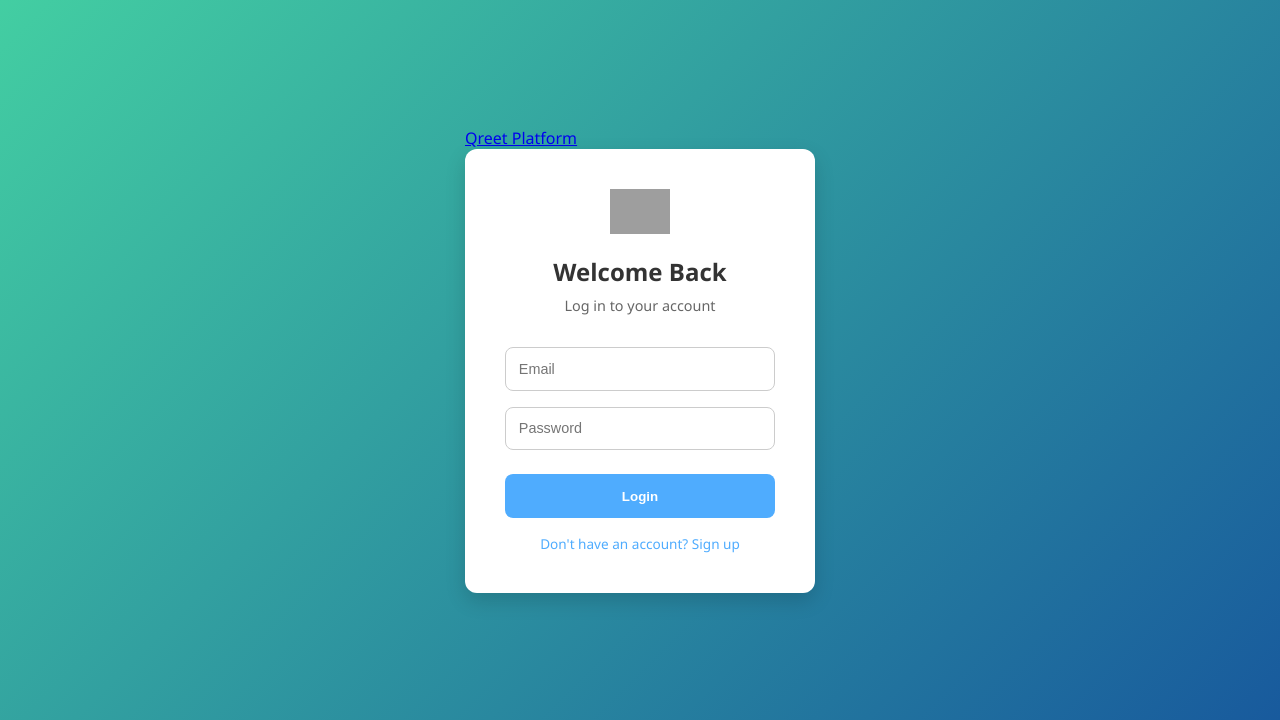
Repository: Ndegwa2/Soluschool
Page: /auth/login (app in frontend/)
The author's editor kept a copy of each file at every save. The page is drawn from the files as they stood at one save, then again after the next save.
The browser window is 1280 px wide. The pictures show the whole page.
Pictures or frames that could not be fetched are drawn as grey boxes. The project was rebuilt for these pictures with package versions that can differ from the ones it lists, and the page was loaded fresh each time. The framework's server and built-in components were replaced by stand-ins that run in the browser. Also part of the build but not shown: frontend/next.config.mjs. Imported but missing from the stored project, and not drawn on this page: frontend/lib/config.

Above is the page before, as saved 2025-10-04 22:30:57.

After the next save:
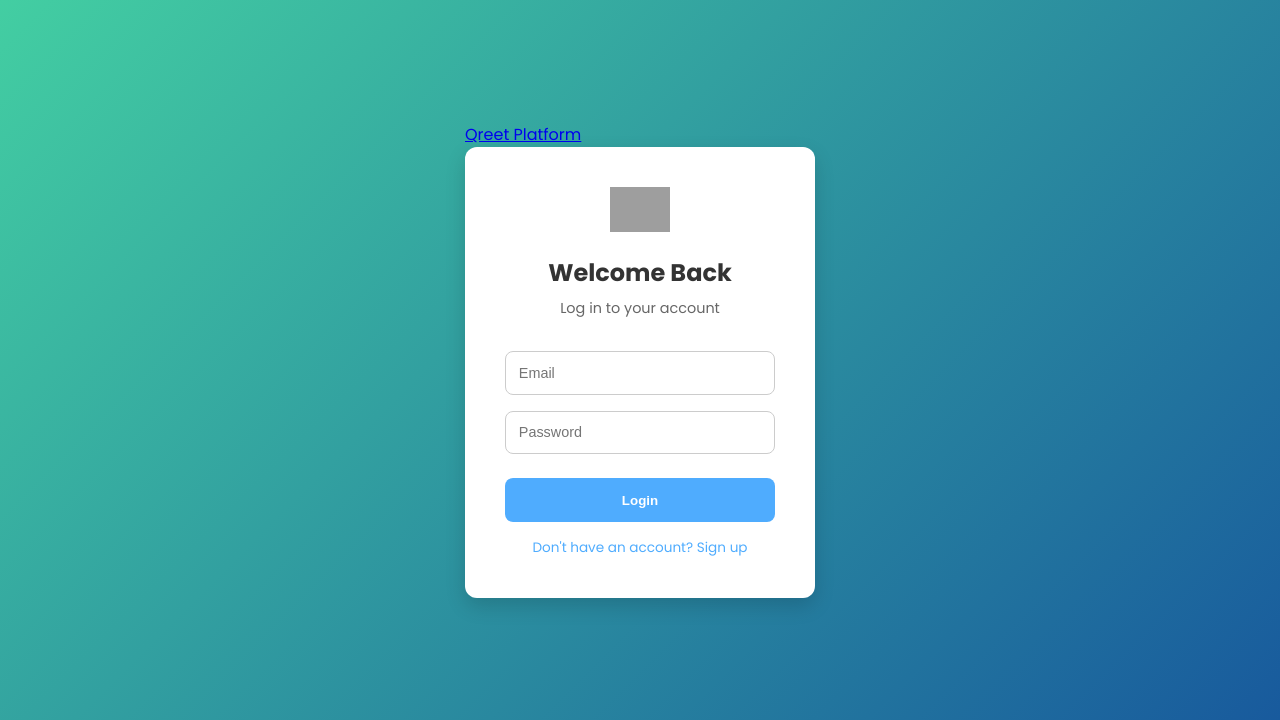
Saved 9 s later.
--- a/frontend/styles/globals.css
+++ b/frontend/styles/globals.css
@@ -133,7 +133,7 @@ code {
 
 /* Dashboard styles */
 body {
-  font-family: 'Segoe UI', Tahoma, Geneva, Verdana, sans-serif;
+  font-family: 'Poppins', sans-serif;
   background: linear-gradient(135deg, #43cea2, #185a9d);
   margin: 0;
   padding: 0;
